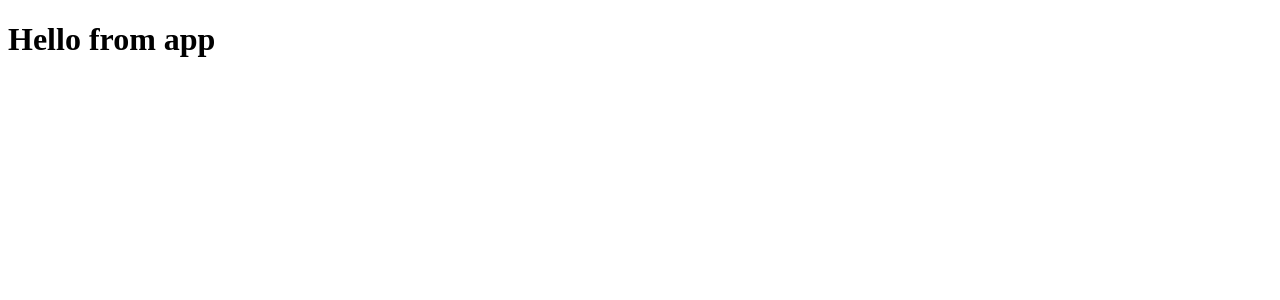
Repository: 1sanjeetsharma/cult-fit-clone
Page: /
An editor plug-in stored every save of this project. The page is shown before and after the next save, followed by the edit.
The browser window is 1280 px wide. The pictures show the whole page.
The project was rebuilt for these pictures with package versions that can differ from the ones it lists, and the page was loaded fresh each time. Also part of the build but not shown: vite.config.js, src/saveshow.css.

Above is the page before, as saved 2023-06-12 13:12:10.

After the next save:
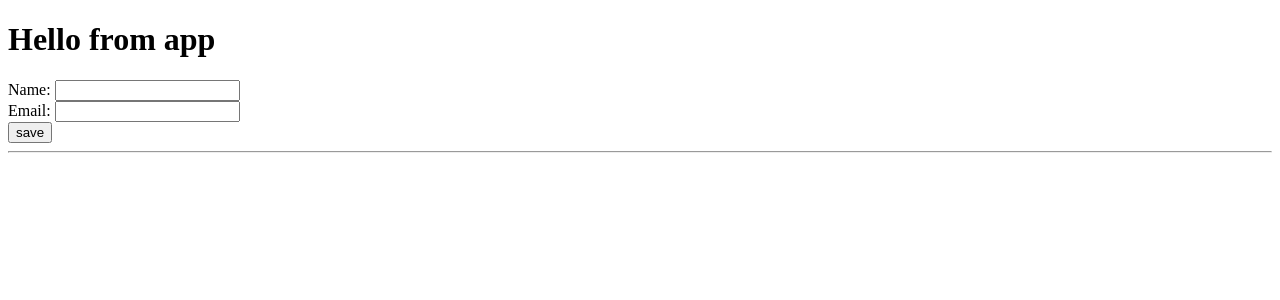
Saved 24 s later.
--- a/src/App.jsx
+++ b/src/App.jsx
@@ -1,9 +1,11 @@
 // import Add from "./Add";
+import SaveShow from "./SaveShow";
 function App() {
   return (
     <>
       <h1>Hello from app</h1>
       {/* <Add /> */}
+      <SaveShow />
     </>
   );
 }
